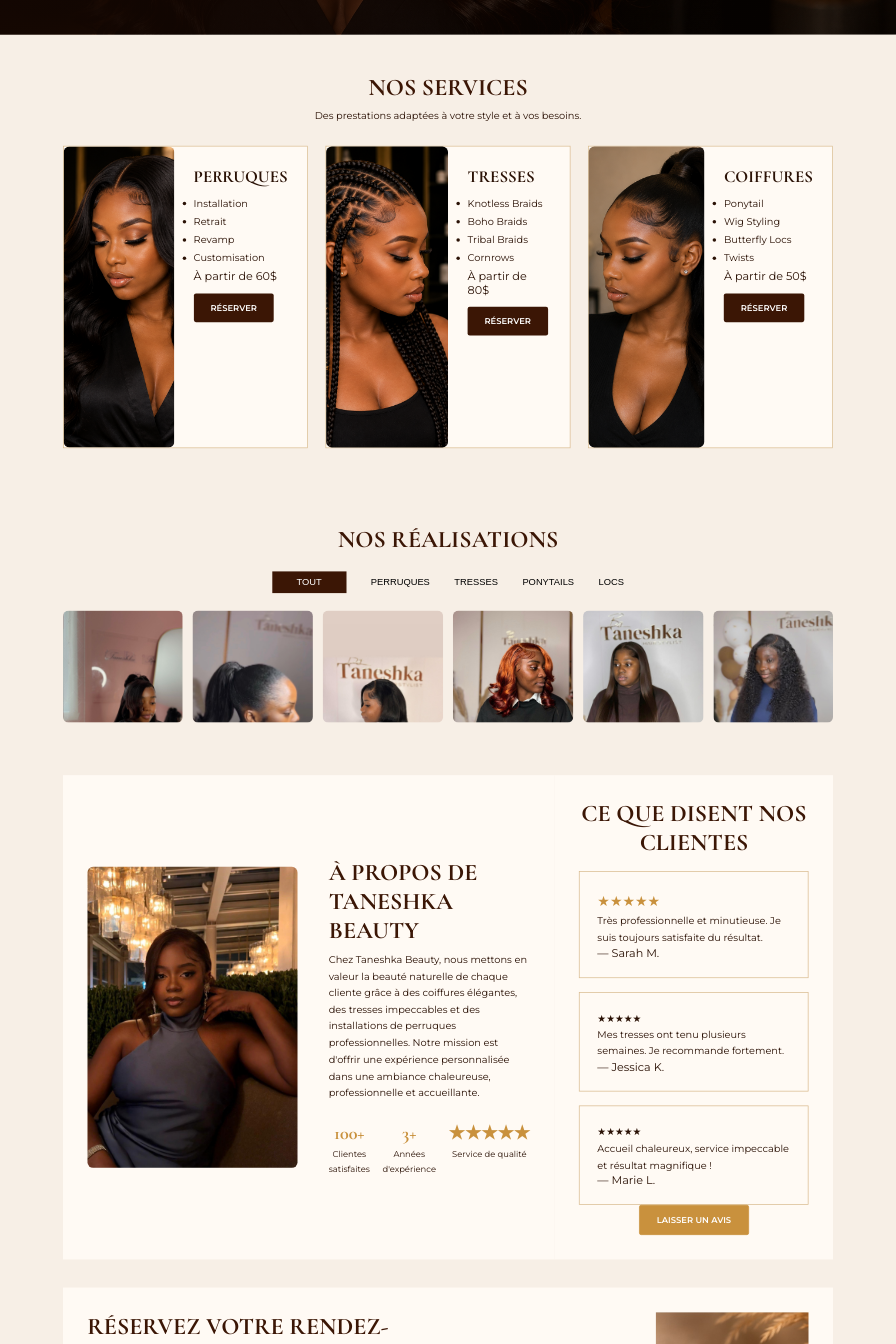
Repository: kngnepi/Taneshka-Beauty-House
Page: index.html
The author's editor kept a copy of each file at every save. The page is drawn from the files as they stood at one save, then again after the next save.
The browser window is 1280 px wide. The pictures show the part of the page from y = 756 to 2676 px (the page is 3857 px tall), at 70% of full size.

Above is the page before, as saved 2026-07-05 17:25:52.

After the next save:
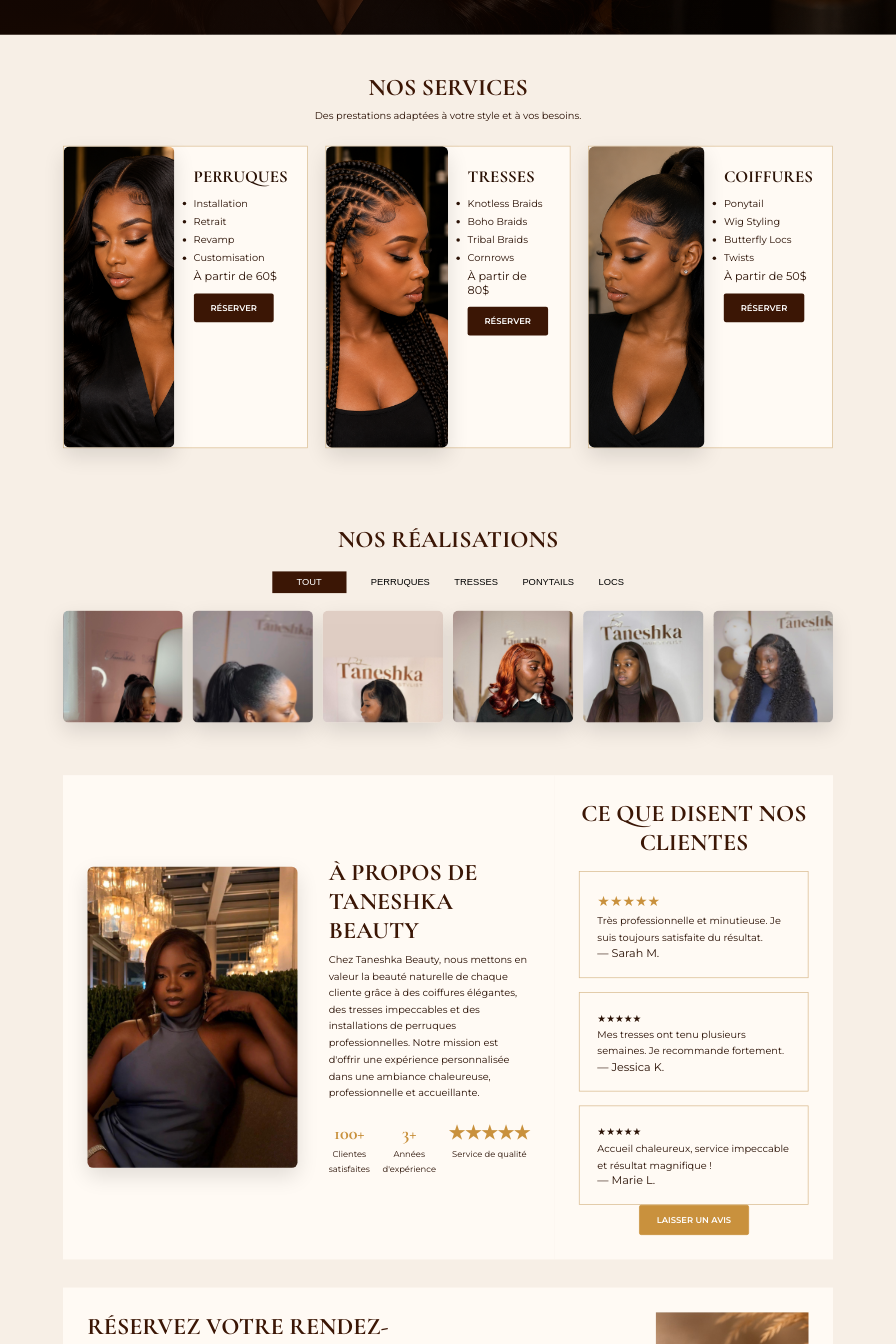
Saved 61 s later.
--- a/style.css
+++ b/style.css
@@ -177,6 +177,7 @@
   background-size: cover;
   background-position: center top;
   border-radius: 8px;
+  box-shadow: 0 12px 30px rgba(0,0,0,.12);
 }
 
 .service-card:nth-child(1) .service-img {
